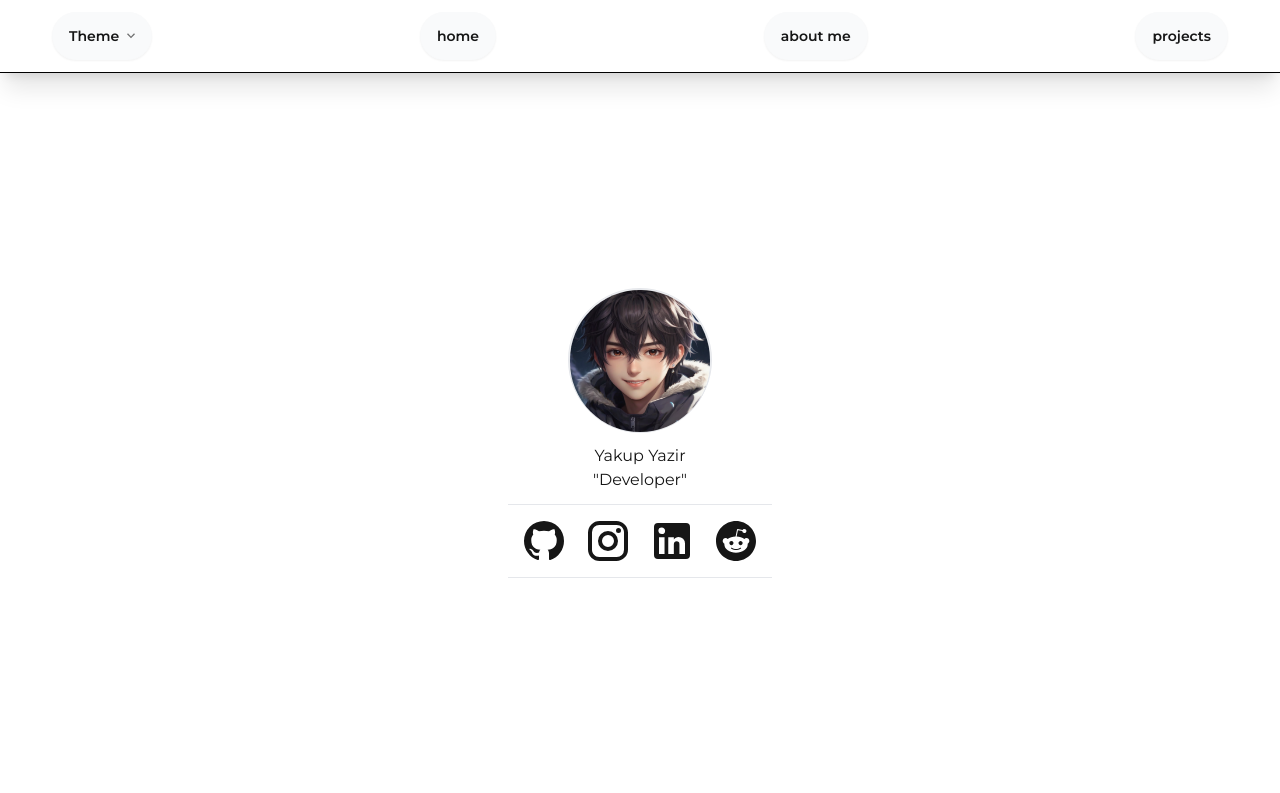
Repository: Yakyaz/myWebsite
Page: /home
The author's editor kept a copy of each file at every save. The page is drawn from the files as they stood at one save, then again after the next save.
The browser window is 1280 px wide. The pictures show the whole page.
The project was rebuilt for these pictures with package versions that can differ from the ones it lists, and the page was loaded fresh each time. The framework's server and built-in components were replaced by stand-ins that run in the browser. Also part of the build but not shown: next.config.js.

Above is the page before, as saved 2023-12-03 14:33:05.

### app/layout.tsx
import type { Metadata } from "next";
import { Montserrat } from "next/font/google";
import "./globals.css";
import Navbar from "./components/navbar";

const montserrat = Montserrat({ subsets: ["latin"] });

export const metadata: Metadata = {
  title: "Create Next App",
  description: "Generated by create next app",
};

export default function RootLayout({
  children,
}: {
  children: React.ReactNode;
}) {
  return (
    <html lang="en" data-theme="pastel" style={{ overflow: "hidden" }}>
      <body className={montserrat.className} style={{ overflow: "hidden" }}>
        <Navbar />
        <div>{children}</div>
      </body>
    </html>
  );
}

### app/home/page.tsx
import Link from "next/link";
import Navbar from "../components/navbar";
import Icon from "@mdi/react";
import { mdiGithub, mdiInstagram, mdiLinkedin, mdiReddit } from "@mdi/js";
import Image from "next/image";
import background from "public/background.png";
import pb from "public/pb.png";

function Home() {
  return (
    <main className="w-screen h-screen flex items-center justify-center ">
      <div
        className="w-11/12 flex justify-center items-center "
        style={{
          height: "90%",
        }}
      >
        <div className="flex flex-col justify-center items-center">
          <div className="border rounded-full mb-3 h-36 w-36 text-center">
            <Image
              className="border rounded-full mb-3 h-36 w-36 text-center"
              alt="Pb"
              src={pb}
              placeholder="blur"
              quality={100}
              sizes="100%"
            />
          </div>

          <div className="text-center">
            <h1>Yakup Yazir</h1>
            <h4>"Developer"</h4>
          </div>
          <div className="flex flex-row space-x-4 border border-x-0 mt-3 p-3">
            <a href="https://github.com/It3chii ">
              <Icon path={mdiGithub} size={2} />
            </a>
            <a href="https://www.instagram.com/yakupwrld_/">
              <Icon path={mdiInstagram} size={2} />
            </a>
            <a href="https://www.linkedin.com/in/yakup-yazir-aa9a61247/">
              <Icon path={mdiLinkedin} size={2} />
            </a>
            <a href="https://www.reddit.com/user/It3chii">
              <Icon path={mdiReddit} size={2} />
            </a>
          </div>
        </div>
      </div>
    </main>
  );
}

export default Home;

### app/components/navbar.tsx
import Link from "next/link";
import React from "react";
import Toggle from "./toggle";

const Navbar = () => {
  return (
    <ul className="flex flex-row justify-between items-center p-2 pr-12 pl-12 border-b border-black shadow-xl">
      <li>
        <Toggle />
      </li>
      <li>
        <Link className="btn m-1  " href="/home">
          home
        </Link>
      </li>
      <li>
        <Link className="btn m-1" href="/about">
          about me
        </Link>
      </li>
      <li>
        <Link className="btn m-1" href="/projects">
          projects
        </Link>
      </li>
    </ul>
  );
};

export default Navbar;

### app/components/toggle.tsx
import React from "react";

const Toggle = () => {
  return (
    <div className="dropdown ">
      <div tabIndex={0} role="button" className="btn m-1">
        Theme
        <svg
          width="12px"
          height="12px"
          className="h-2 w-2 fill-current opacity-60 inline-block"
          xmlns="http://www.w3.org/2000/svg"
          viewBox="0 0 2048 2048"
        >
          <path d="M1799 349l242 241-1017 1017L7 590l242-241 775 775 775-775z"></path>
        </svg>
      </div>
      <ul
        tabIndex={0}
        className="dropdown-content z-[1] p-2 shadow-2xl bg-base-300 rounded-box w-52"
      >
        <li>
          <input
            type="radio"
            name="theme-dropdown"
            className="theme-controller btn btn-sm btn-block btn-ghost justify-start"
            aria-label="Default"
            value="default"
          />
        </li>
        <li>
          <input
            type="radio"
            name="theme-dropdown"
            className="theme-controller btn btn-sm btn-block btn-ghost justify-start"
            aria-label="Retro"
            value="retro"
          />
        </li>
        <li>
          <input
            type="radio"
            name="theme-dropdown"
            className="theme-controller btn btn-sm btn-block btn-ghost justify-start"
            aria-label="Cyberpunk"
            value="cyberpunk"
          />
        </li>
        <li>
          <input
            type="radio"
            name="theme-dropdown"
            className="theme-controller btn btn-sm btn-block btn-ghost justify-start"
            aria-label="Dracula"
            value="dracula"
          />
        </li>
        <li>
          <input
            type="radio"
            name="theme-dropdown"
            className="theme-controller btn btn-sm btn-block btn-ghost justify-start"
            aria-label="Aqua"
            value="aqua"
          />
        </li>
      </ul>
    </div>
  );
};

export default Toggle;

### tailwind.config.ts
import type { Config } from "tailwindcss";

const config: Config = {
  content: [
    "./pages/**/*.{js,ts,jsx,tsx,mdx}",
    "./components/**/*.{js,ts,jsx,tsx,mdx}",
    "./app/**/*.{js,ts,jsx,tsx,mdx}",
  ],
  theme: {
    extend: {
      backgroundImage: {
        "gradient-radial": "radial-gradient(var(--tw-gradient-stops))",
        "gradient-conic":
          "conic-gradient(from 180deg at 50% 50%, var(--tw-gradient-stops))",
      },
    },
  },
  plugins: [require("daisyui")],
  daisyui: {
    themes: ["pastel", "retro", "cyberpunk", "dracula", "aqua"],
  },
};
export default config;

Loaded but not shown: app/globals.css (common file)

After the next save:
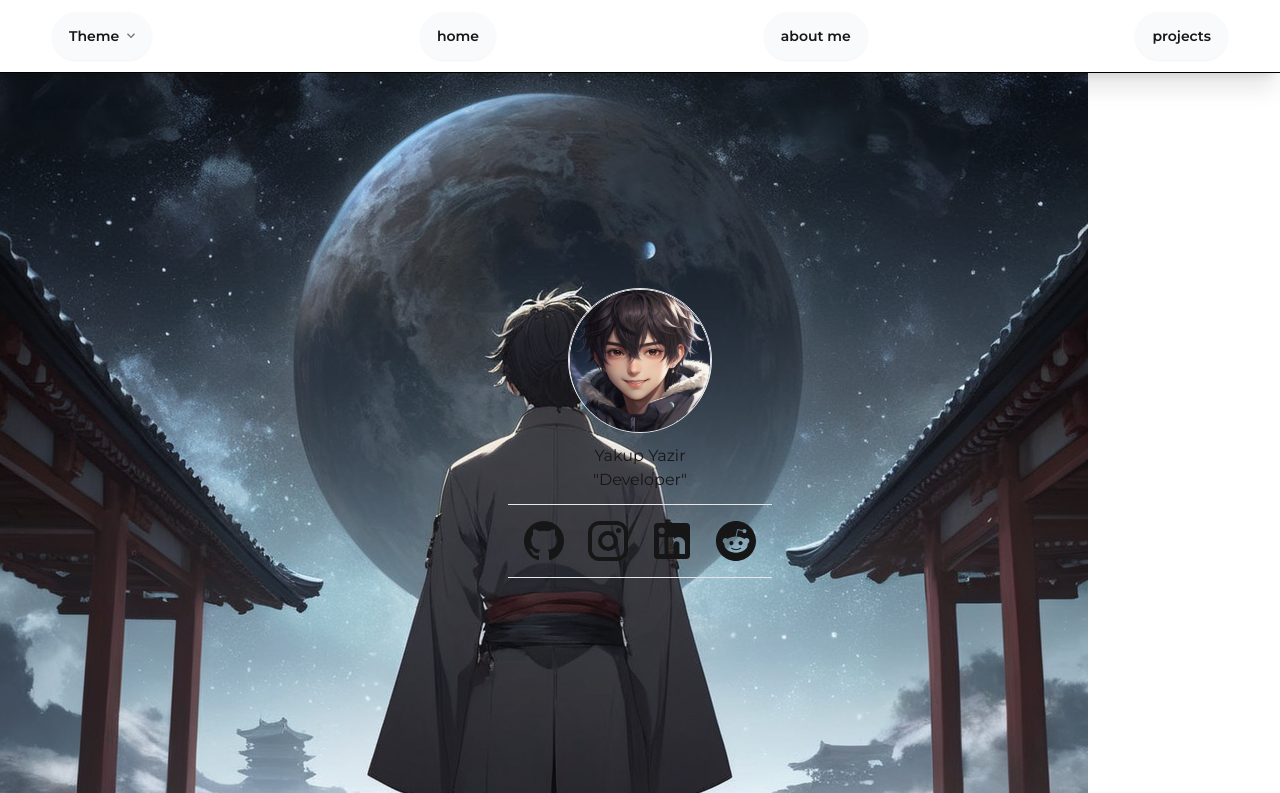
Saved 43 s later.
--- a/app/home/page.tsx
+++ b/app/home/page.tsx
@@ -15,6 +15,16 @@ function Home() {
           height: "90%",
         }}
       >
+        <div className="fixed h-screen w-screen overflow-hidden z-[-1]">
+          <Image
+            alt="Background"
+            src={background}
+            placeholder="blur"
+            quality={100}
+            sizes="100%"
+          />
+        </div>
+
         <div className="flex flex-col justify-center items-center">
           <div className="border rounded-full mb-3 h-36 w-36 text-center">
             <Image
